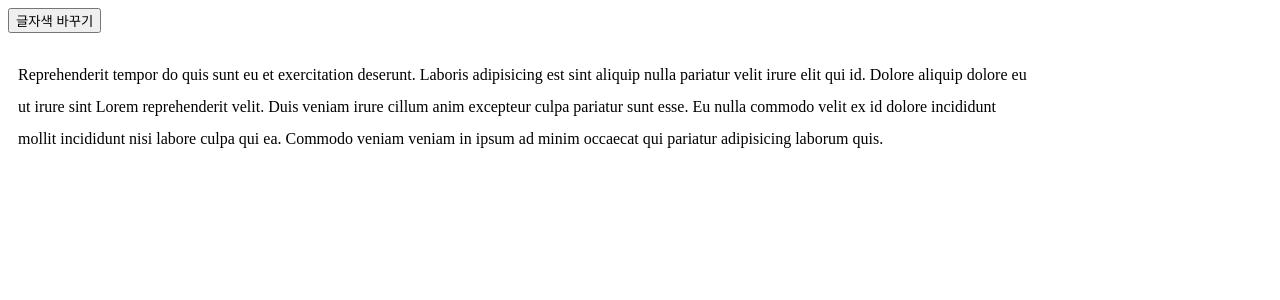
Repository: JeongminHW/Web_study
Page: HTML/myHTML/src/main/webapp/ch10/event2.html
An editor plug-in stored every save of this project. The page is shown before and after the next save, followed by the edit.
The browser window is 1280 px wide. The pictures show the whole page.
After loading, the first visible `#change` was clicked once.

Above is the page before, as saved 2024-07-12 02:47:17.

After the next save:
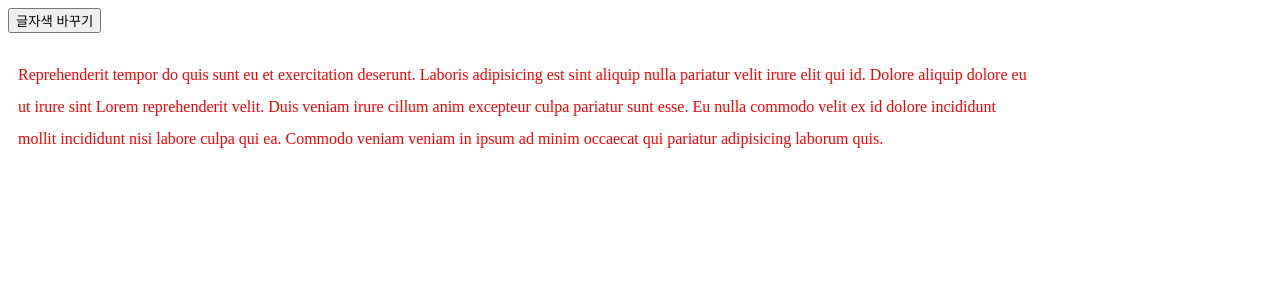
Saved 18 s later.
--- a/HTML/myHTML/src/main/webapp/ch10/event2.html
+++ b/HTML/myHTML/src/main/webapp/ch10/event2.html
@@ -7,7 +7,7 @@
 <script type="text/javascript">
 	function changeColor(){
 		var text = document.querySelector("p");
-
+		text.style.color = "red";
 	}
 </script>
 </head>
